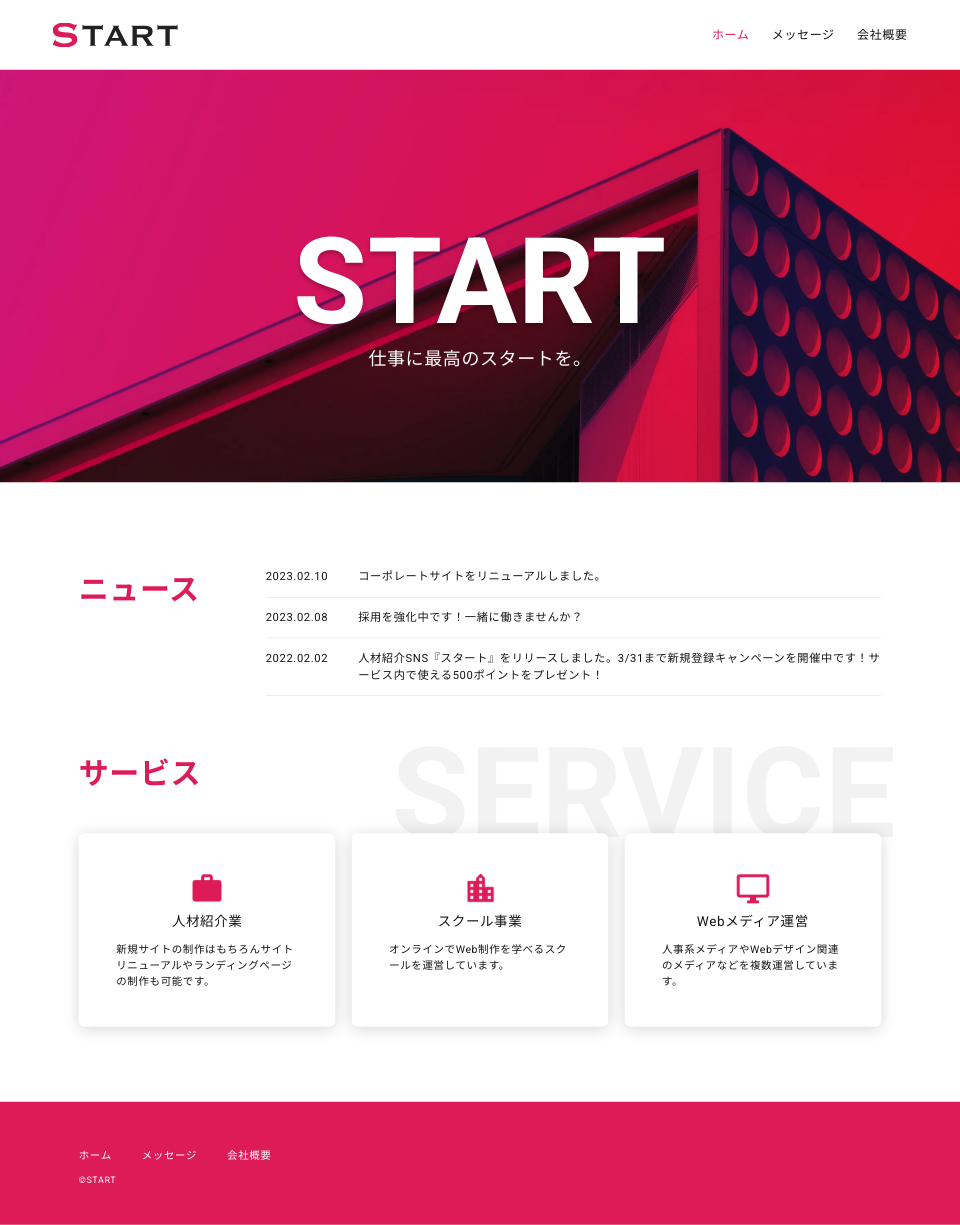
Repository: tetishi/tetishi.github.io
Page: index.html
The author's editor kept a copy of each file at every save. The page is drawn from the files as they stood at one save, then again after a run of saves.
The browser window is 1280 px wide. The pictures show the whole page, at 75% of full size.

Above is the page before, as saved 2023-07-16 23:02:33.

### index.html
<!DOCTYPE html>
<html lang="en">
<head>
    <meta charset="UTF-8">
    <meta http-equiv="X-UA-Compatible" content="IE=edge">
    <meta name="viewport" content="width=device-width, initial-scale=1.0">
    <title>Start</title>
    <!-- <link rel="stylesheet" type="text/css" href="http://yui.yahooapis.com/3.18.1/build/cssreset/cssreset-min.css"> -->
    <link rel="preconnect" href="https://fonts.googleapis.com">
    <link rel="preconnect" href="https://fonts.gstatic.com" crossorigin>
    <link href="https://fonts.googleapis.com/css2?family=Noto+Sans+JP:wght@500;700&family=Roboto:wght@400;700&display=swap" rel="stylesheet">
    <link rel="icon" href="img/favicon.ico">
    <link rel="stylesheet" href="./css/reset.css">
    <link rel="stylesheet" href="./css/style.css">
</head>
<body>
    <header class="header">
        <div class="header-inner">
            <h2 class="nav-title">
                <a href="./index.html">
                    <img class="pc" src="img/logo.svg" alt="STARTのロゴ">
                    <img class="sp" src="img/sp_logo.svg" alt="STARTのロゴ">
                </a>
            </h2>
            <nav class="header-nav">
                <ul class="header-list">
                    <li class="header-item">
                        <a href="./index.html" class="text-red">ホーム</a>
                    </li>
                    <li class="header-item">
                        <a href="./message.html">メッセージ</a>
                    </li>
                    <li class="header-item">
                        <a href="./company.html">会社概要</a>
                    </li>
                </ul>
            </nav>
            <div class="hamburger-btn">
                <span class="bar bar_top"></span>
                <span class="bar bar_mid"></span>
                <span class="bar bar_bottom"></span>
            </div>
        </div>
    </header>

    <main>
        <!-- fv -->
        <div class="fv">
            <div class="fv_img">
                <picture>
                    <source srcset="./img/fv.webp" type="image/webp">
                    <img src="./img/fv.jpg" alt="STARTの赤いイメージ背景">
                </picture>
            </div>
            <div class="sp_fv_img">
                <picture>
                    <source srcset="./img/sp_fv.webp" type="image/webp">
                    <img src="./img/sp_fv.jpg" alt="STARTの赤いイメージ背景">
                </picture>
            </div>
            <!-- page-title-wrapper -->
            <div class="page-title-wrapper">
                <h1 class="page-title">START</h1>
                <div class="page-title-bottom">仕事に最高のスタートを。</div>
                <!-- /.page-title-bottom -->
            </div>
        </div>

        <!-- news -->
        <section id="news" class="section-wrapper news-wrapper">
            <div class="section-inner news-inner">
                <h2 class="section-title news-title">
                    ニュース
                </h2>
                <div class="news-container">
                    <ul class="news-list">
                        <li class="news-item">
                            <time datetime="2023.02.10">2023.02.10</time>
                            <a href="#news">コーポレートサイトをリニューアルしました。</a>
                        </li>
                        <li class="news-item">
                            <time datetime="2023.02.08">2023.02.08</time>
                            <a href="#news">採用を強化中です！一緒に働きませんか？</a>
                        </li>
                        <li class="news-item">
                            <time datetime="2022.02.02">2022.02.02</time>
                            <a href="#news">人材紹介SNS『スタート』をリリースしました。3/31まで新規登録キャンペーンを開催中です！サービス内で使える500ポイントをプレゼント！</a>
                        </li>
                    </ul>
                </div>
                <!-- /.news-container -->
            </div>
            <!-- /.section-inner -->
        </section>

        <!-- service -->
        <section id="service" class="section-wrapper service-wrapper">
            <div class="section-inner">
                <h2 class="section-title text-right text-white">サービス</h2>
                <h2 class="upper-text text-white">SERVICE</h2>
                <ul class="service-list">
                    <li class="service-item">
                            <picture>
                                <source srcset="./img/bag.webp" type="image/webp">
                                <img src="./img/bag.png" alt="手提げ鞄">
                            </picture>
                            <h3 class="service-item-title">人材紹介業</h3>
                            <p class="service-item-text">
                                新規サイトの制作はもちろんサイトリニューアルやランディングページの制作も可能です。
                            </p>
                    </li>
                    <li class="service-item">
                            <picture>
                                <source srcset="./img/school.webp" type="image/webp">
                                <img src="./img/school.png" alt="スクール">
                            </picture>
                            <h3 class="service-item-title">スクール事業</h3>
                            <p class="service-item-text">
                                オンラインでWeb制作を学べるスクールを運営しています。
                            </p>
                    </li>
                    <li class="service-item">
                            <picture>
                                <source srcset="./img/web.webp" type="image/webp">
                                <img src="./img/web.png" alt="モニター">
                            </picture>
                            <h3 class="service-item-title">Webメディア運営</h3>
                            <p class="service-item-text">
                                人事系メディアやWebデザイン関連のメディアなどを複数運営しています。
                            </p>
                    </li>
                </ul>
            </div>
            <!-- /.section-inner -->
        </section>

    </main>


    <footer class="footer">
        <div class="section-inner">
            <nav class="footer-nav">
                <ul class="footer-nav-list">
                    <li class="footer-nav-item"><a href="./index.html">ホーム</a></li>
                    <li class="footer-nav-item"><a href="./message.html">メッセージ</a></li>
                    <li class="footer-nav-item"><a href="./company.html">会社概要</a></li>
                </ul>
            </nav>
            <small>&copy;START</small>
        </div>
    </footer>

    <script src="https://ajax.googleapis.com/ajax/libs/jquery/3.6.0/jquery.min.js"></script>
    <script src="js/script.js"></script>
</body>
</html>

### css/reset.css
/*
html5doctor.com Reset Stylesheet
v1.6.1
Last Updated: 2010-09-17
Author: Richard Clark - http://richclarkdesign.com
Twitter: @rich_clark
*/

* {
    box-sizing: border-box;
}

html,
body,
div,
span,
object,
iframe,
h1,
h2,
h3,
h4,
h5,
h6,
p,
blockquote,
pre,
abbr,
address,
cite,
code,
del,
dfn,
em,
img,
ins,
kbd,
q,
samp,
small,
strong,
sub,
sup,
var,
b,
i,
dl,
dt,
dd,
ol,
ul,
li,
fieldset,
form,
label,
legend,
table,
caption,
tbody,
tfoot,
thead,
tr,
th,
td,
article,
aside,
canvas,
details,
figcaption,
figure,
footer,
header,
hgroup,
menu,
nav,
section,
summary,
time,
mark,
ruby,
audio,
video {
    margin: 0;
    padding: 0;
    border: 0;
    outline: 0;
    font-size: 100%;
    vertical-align: baseline;
    background: transparent;
}

body {
    line-height: 1.5;
}

img {
    width: 100%;
    height: auto;
    object-fit: cover;
}

button {
    background-color: transparent;
    border: none;
    cursor: pointer;
    outline: none;
    padding: 0;
    appearance: none;
}

article,
aside,
details,
figcaption,
figure,
footer,
header,
hgroup,
menu,
nav,
section {
    display: block;
}

nav ul {
    list-style: none;
}

li {
    list-style: none;
}

a {
    margin: 0;
    padding: 0;
    font-size: 100%;
    vertical-align: baseline;
    background: transparent;
}

input,
select {
    vertical-align: middle;
}

/*end reset css*/

### css/style.css
/* base */

html {
    font-size: 62.5%;
}
body {
    font-size: 1.6rem;
    letter-spacing: .05em;
    color: #151515;
    font-family: "Roboto", "Noto Sans JP", Arial, "Hiragino Kaku Gothic ProN", "Hiragino Sans", Meiryo, sans-serif;
}
img {
    vertical-align: bottom;
}
.section-inner {
    max-width: 1110px;
    margin: 0 auto;
    padding: 0 20px;
}
.section-title {
    font-size: 4rem;
    color: #DD1B57;
    margin-bottom: 49px;
    /* width: 25%; */
    white-space: nowrap;
}
a {
    color: inherit;
    text-decoration: none;
}
.text-red {
    color: #DD1B57;
}
.pc {
    display: block;
}
.sp {
    display: none;
}

/* header */
.header {
    padding: 30px 70px;
    width: 100%;
}

.header a {
    text-decoration: none;
}
.header-inner {
    display: flex;
    justify-content: space-between;
    align-items: center;
}
.header-list {
    display: flex;
}
.header-item {
    margin-right: 30px;
}
.header-item:last-of-type {
    margin-right: 0;
}
.hamburger-btn {
    display: none;
}

/* fv */
.fv {
    min-height: 600px;
    position: relative;
}
.fv img {
    /* height: calc(100vh - 60px); */
    min-height: 550px;
    object-fit: cover;
}
.sp_fv_img {
    display: none;
}
.page-title-wrapper {
    position: absolute;
    left: 50%;
    top: 50%;
    color: #fff;
    transform: translate(-50%,-50%);
    line-height: 1;
}
.page-title {
    font-size: 16rem;
    font-weight: bold;
    margin-bottom: 10px;
    text-shadow: 0 4px 6px rgb(0 0 0 / 25%);
}
.page-title-bottom {
    font-size: 24px;
    text-align: center;
}

/* news */
.news-wrapper {
    margin: 64px 0 74px 0;
}
.news-inner {
    display: flex;
    column-gap: 88px;
}
.news-item {
    padding: 15px 0 16px 0;
    border-bottom: 1px solid #E8E8E8;
    display: flex;
    font-size: 1.5rem;
}
.news-item:first-of-type {
    padding: 0 0 16px 0;
}
.news-item a {
    margin-left: 40px;
}

/* service */
.service-wrapper {
    margin-bottom: 100px;
}
.service-wrapper .section-inner {
    position: relative;
}
.upper-text {
    position: absolute;
    right: 0px;
    top: -69px;
    font-size: 16.8rem;
    font-weight: bold;
    margin: 0 auto;
    opacity: .05;
    z-index: 0;
}
.service-list {
    display: flex;
    justify-content: space-between;
    position: relative;
    z-index: 1;
}
.service-item {
    width: 32%;
    background-color: #fff;
    box-shadow: 0 3px 21px rgba(0, 0, 0, .16);
    border-radius: 8px;
}
.service-item img {
    width: 48px;
    display: block;
    margin: 0 auto;
    padding-top: 50px;
}
.service-item-title {
    text-align: center;
    font-size: 1.8rem;
    font-weight: normal;
    margin-top: 5px;
}
.service-item-text {
    padding: 15px 50px 50px 50px;
    font-size: 1.4rem;
}

/* footer */
.footer {
    background-color: #DD1B57;
    color: #fff;
    height: 164px;
}
.footer-nav-list {
    display: flex;
    font-size: 1.4rem;
    padding: 61px 0 9px;
}
.footer-nav-item {
    margin-right: 40px;
}
small {
    font-size: 1.2rem;
    margin-bottom: 50px;
}

@media screen and (max-width: 768px) {
    /* base_sp */
    .section-inner {
        padding: 0 20px;
    }
    .section-title {
        font-size: 3.2rem;
        margin-bottom: 19px;
        width: 100%;
    }
    .pc {
        display: none;
    }
    .sp {
        display: block;
    }

    /* header_sp */
    .header {
        padding: 0;
        z-index: 1;
        position: relative;
    }
    .header-inner {
        height: 60px;
    }
    .nav-title {
        padding: 0 0 0 20px;
    }
    .header-nav {
        display: none;
        position: fixed;
        top: 0;
        right: 0;
        width: 50%;
        height: 100vh;
        background-color: #DD1B57;
    }
    .header-list {
        height: 100%;
        flex-direction: column;
        padding: 96px 0 0 40px;
    }
    .text-red {
        color: #fff;
        opacity: .5;
    }
    .header-item {
        margin: 0 0 27px;
        color: #fff;
    }
    .header-item:last-of-type {
        margin-bottom: 0;
    }
    .hamburger-btn {
        display: block;
        background-color: #DD1B57;
        padding: 22px 17px 0;
        width: 60px;
        height: 60px;
    }
    .hamburger-btn .bar {
        display: block;
        width: 26px;
        height: 2px;
        background-color: #fff;
        transition: .3s;
        border-radius: 4px;
    }
    .bar_mid,
    .bar_bottom {
        margin-top: 8px;
    }
    .hamburger-btn.cross .bar_top {
        transform: rotate(45deg) translate(7px, 7px);
        transition: .3s;
    }
    .hamburger-btn.cross .bar_middle {
        opacity: 0;
        transition: .3s;
    }
    .hamburger-btn.cross .bar_bottom {
        transform: rotate(-45deg) translate(7px, -7px);
        transition: .3s;
    }
    body.noscroll {
        overflow: hidden;
    }

    /* fv_sp */
    .fv {
        height: calc(100vh - 60px);
    }
    .fv_img {
        display: none;
    }
    .sp_fv_img {
        display: block;
    }
    .page-title {
        font-size: 8rem;
        font-weight: bold;
    }
    .page-title-bottom {
        font-size: 2rem;
    }

    /* news_sp */
    .news-wrapper {
        margin: 33px 0 58px 0;
    }
    .news-inner {
        display: block;
    }
    .news-item {
        flex-flow: column;
        padding: 20px 0 16px 0;
    }
    .news-item:first-child {
        padding: 0 0 16px 0;
    }
    .news-item a {
        margin-left: 0px;
        margin-top: 7px;
    }

    /* service_sp */
    .service-wrapper {
        margin-bottom: 60px;
    }
    .upper-text {
        right: 0px;
        top: -5px;
        font-size: 7rem;
    }
    .service-list {
        display: block;
    }
    .service-item {
        width: 100%;
        margin-bottom: 20px;
    }
    .service-item img {
        width: 60px;
        padding-top: 40px;
    }
    .service-item-title {
        margin-top: 7px;
    }
    .service-item-text {
        padding: 10px 30px 40px 30px;
    }

    /* footer_sp */
    .footer {
        height: 120px;
    }
    .footer-nav-list {
        font-size: 1.2rem;
        padding: 41px 0 9px;
    }
    .footer-nav-item {
        margin-right: 25px;
    }
    small {
        font-size: 1rem;
        margin-bottom: 29px;
    }
}

### js/script.js
//ハンバーガーボタン
$('.hamburger-btn').on('click', function() {
    $('.header-nav').fadeToggle(300);
    $(this).toggleClass('cross');
    $('body').toggleClass('noscroll');
});

After the next 2 saves:
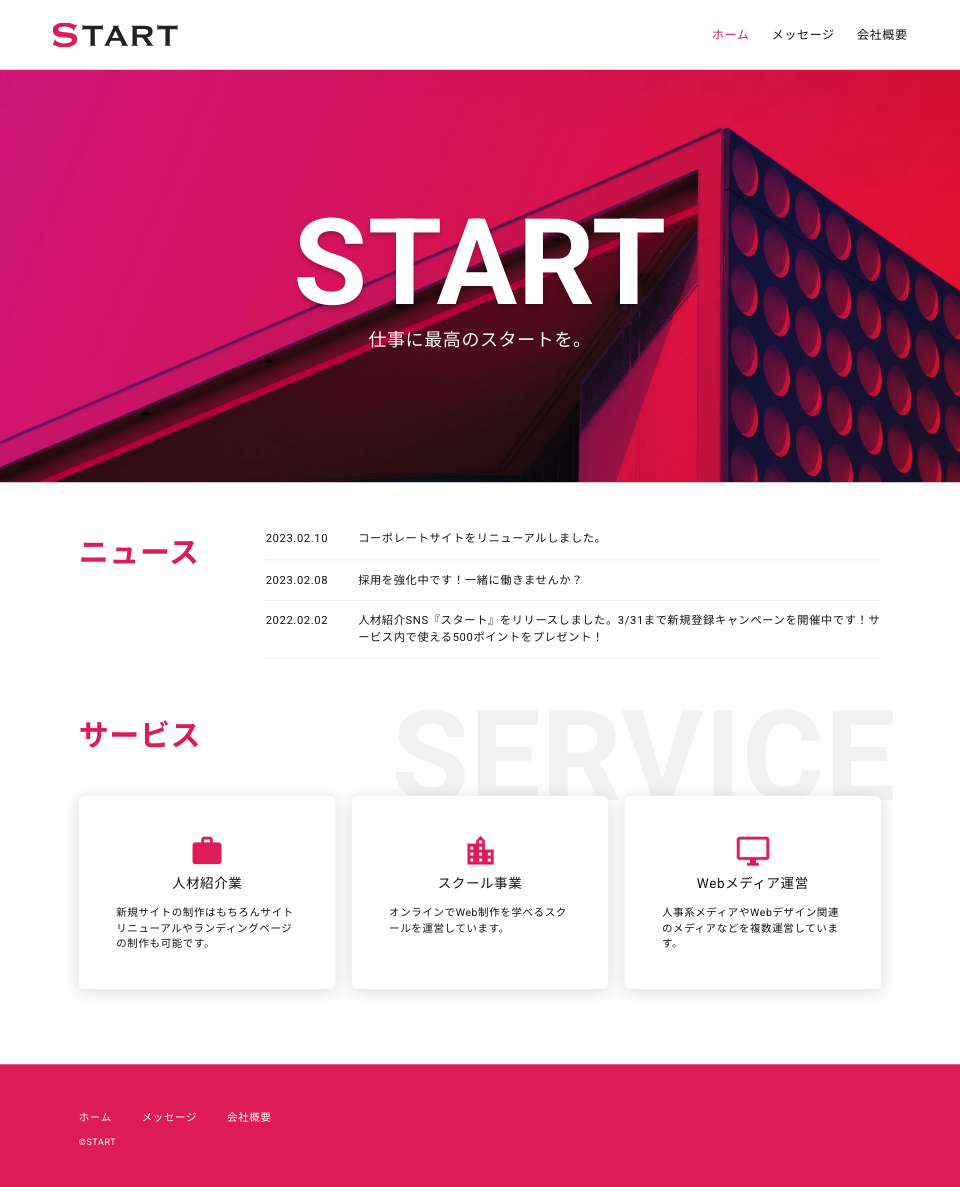
The 2 saves are shown as one change because they came seconds apart.
The last was saved 62 s later.
--- a/css/style.css
+++ b/css/style.css
@@ -67,7 +67,7 @@ a {
 
 /* fv */
 .fv {
-    min-height: 600px;
+    min-height: 550px;
     position: relative;
 }
 .fv img {
